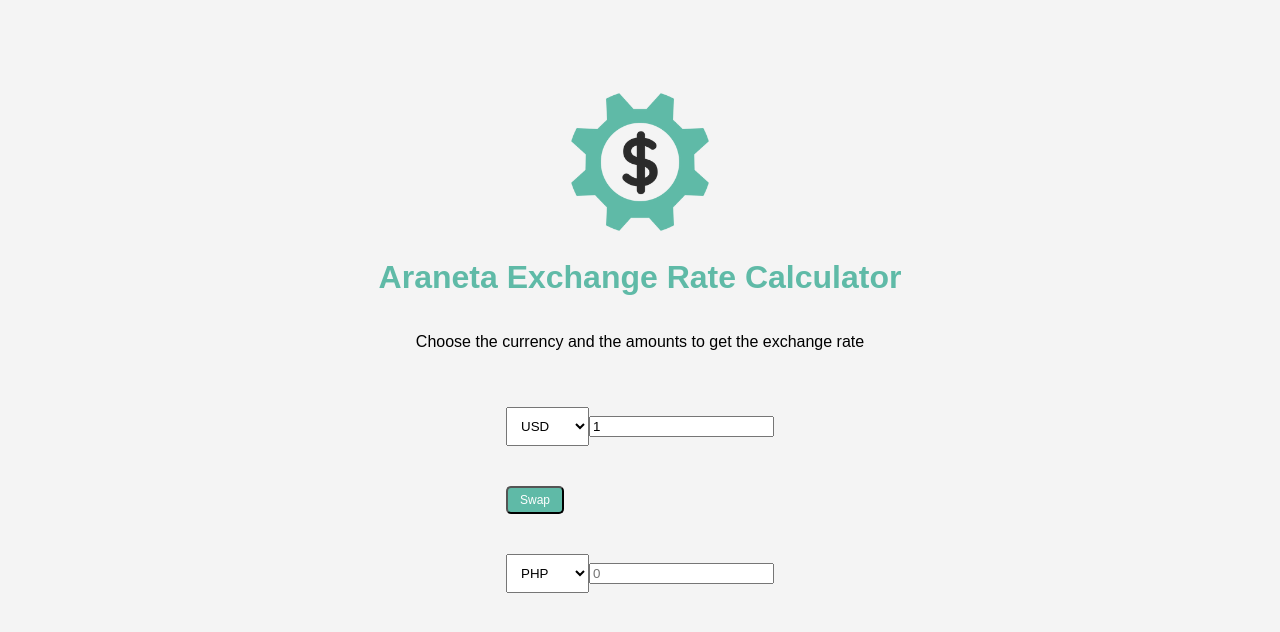
Repository: kenneth1175/ExchangeRateCalculator
Page: index.html
An editor plug-in stored every save of this project. The page is shown before and after the next save, followed by the edit.
The browser window is 1280 px wide. The pictures show the whole page.

Above is the page before, as saved 2025-10-03 22:58:50.

### index.html
<!DOCTYPE html>
<html lang="en">
  <head>
    <meta charset="UTF-8" />
    <meta name="viewport" content="width=device-width, initial-scale=1.0" />
    <title>Araneta Exchange Rate Calculator</title>
    <link rel="stylesheet" href="style.css" />
  </head>
  <body>
    <img src="./img/money.png" alt="logo" class="money-img" />
    <h1>Araneta Exchange Rate Calculator</h1>
    <p>Choose the currency and the amounts to get the exchange rate</p>

    <div class="container">
      <div class="currency">
        <select id="currency-one">
          <option value="AED">AED</option>
          <option value="ARS">ARS</option>
          <option value="AUD">AUD</option>
          <option value="BGN">BGN</option>
          <option value="BRL">BRL</option>
          <option value="BSD">BSD</option>
          <option value="CAD">CAD</option>
          <option value="CHF">CHF</option>
          <option value="CLP">CLP</option>
          <option value="CNY">CNY</option>
          <option value="COP">COP</option>
          <option value="CZK">CZK</option>
          <option value="DKK">DKK</option>
          <option value="DOP">DOP</option>
          <option value="EGP">EGP</option>
          <option value="EUR">EUR</option>
          <option value="FJD">FJD</option>
          <option value="GBP">GBP</option>
          <option value="GTQ">GTQ</option>
          <option value="HKD">HKD</option>
          <option value="HRK">HRK</option>
          <option value="HUF">HUF</option>
          <option value="IDR">IDR</option>
          <option value="ILS">ILS</option>
          <option value="INR">INR</option>
          <option value="ISK">ISK</option>
          <option value="JPY">JPY</option>
          <option value="KRW">KRW</option>
          <option value="KZT">KZT</option>
          <option value="MXN">MXN</option>
          <option value="MYR">MYR</option>
          <option value="NOK">NOK</option>
          <option value="NZD">NZD</option>
          <option value="PAB">PAB</option>
          <option value="PEN">PEN</option>
          <option value="PHP">PHP</option>
          <option value="PKR">PKR</option>
          <option value="PLN">PLN</option>
          <option value="PYG">PYG</option>
          <option value="RON">RON</option>
          <option value="RUB">RUB</option>
          <option value="SAR">SAR</option>
          <option value="SEK">SEK</option>
          <option value="SGD">SGD</option>
          <option value="THB">THB</option>
          <option value="TRY">TRY</option>
          <option value="TWD">TWD</option>
          <option value="UAH">UAH</option>
          <option value="USD" selected>USD</option>
          <option value="UYU">UYU</option>
          <option value="VND">VND</option>
          <option value="ZAR">ZAR</option>
        </select>
        <input type="number" id="amount-one" placeholder="0" value="1" />
      </div>

      <div class="swap-rate-container">
        <button class="btn" id="rate">Swap</button>
        <div class="rate" id="rate"></div>
      </div>

      <div class="currency">
        <select id="currency-two">
          <option value="AED">AED</option>
          <option value="ARS">ARS</option>
          <option value="AUD">AUD</option>
          <option value="BGN">BGN</option>
          <option value="BRL">BRL</option>
          <option value="BSD">BSD</option>
          <option value="CAD">CAD</option>
          <option value="CHF">CHF</option>
          <option value="CLP">CLP</option>
          <option value="CNY">CNY</option>
          <option value="COP">COP</option>
          <option value="CZK">CZK</option>
          <option value="DKK">DKK</option>
          <option value="DOP">DOP</option>
          <option value="EGP">EGP</option>
          <option value="EUR">EUR</option>
          <option value="FJD">FJD</option>
          <option value="GBP">GBP</option>
          <option value="GTQ">GTQ</option>
          <option value="HKD">HKD</option>
          <option value="HRK">HRK</option>
          <option value="HUF">HUF</option>
          <option value="IDR">IDR</option>
          <option value="ILS">ILS</option>
          <option value="INR">INR</option>
          <option value="ISK">ISK</option>
          <option value="JPY">JPY</option>
          <option value="KRW">KRW</option>
          <option value="KZT">KZT</option>
          <option value="MXN">MXN</option>
          <option value="MYR">MYR</option>
          <option value="NOK">NOK</option>
          <option value="NZD">NZD</option>
          <option value="PAB">PAB</option>
          <option value="PEN">PEN</option>
          <option value="PHP" selected>PHP</option>
          <option value="PKR">PKR</option>
          <option value="PLN">PLN</option>
          <option value="PYG">PYG</option>
          <option value="RON">RON</option>
          <option value="RUB">RUB</option>
          <option value="SAR">SAR</option>
          <option value="SEK">SEK</option>
          <option value="SGD">SGD</option>
          <option value="THB">THB</option>
          <option value="TRY">TRY</option>
          <option value="TWD">TWD</option>
          <option value="UAH">UAH</option>
          <option value="USD">USD</option>
          <option value="UYU">UYU</option>
          <option value="VND">VND</option>
          <option value="ZAR">ZAR</option>
        </select>
        <input type="number" id="amount-two" placeholder="0" />
      </div>
    </div>
    <script src="script.js"></script>
  </body>
</html>

### style.css
:root {
  --primary-color: #5fbaa7;
}

* {
  box-sizing: border-box;
}

body {
  background-color: #f4f4f4;
  font-family: Arial, Helvetica, sans-serif;
  display: flex;
  flex-direction: column;
  align-items: center;
  justify-content: center;
  height: 100vh;
  margin: 0;
  padding: 20px;
}

h1 {
  color: var(--primary-color);
}

p {
  text-align: center;
}

.btn {
  color: #fff;
  background: var(--primary-color);
  cursor: pointer;
  border-radius: 5px;
  font-size: 12px;
  padding: 5px 12px;
}

.money-img {
  width: 150px;
}

.currency {
  padding: 40px 0;
  display: flex;
  align-items: center;
  justify-content: space-between;
}

.currency select {
  padding: 10px 20px 10px 10px;
  -moz-appearance: none;
}

Loaded but not shown: script.js (no stored copy; drawn as an empty file)

After the next save:
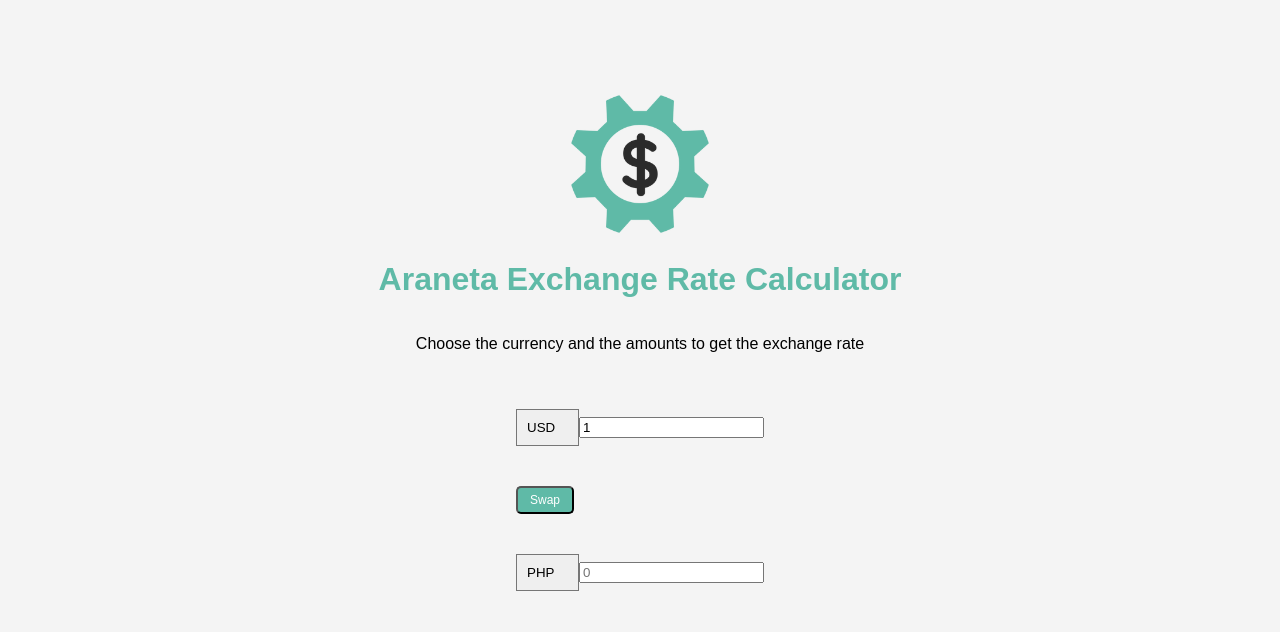
Saved 36 s later.
--- a/style.css
+++ b/style.css
@@ -49,4 +49,6 @@ p {
 .currency select {
   padding: 10px 20px 10px 10px;
   -moz-appearance: none;
+  -webkit-appearance: none;
+  appearance: none;
 }
